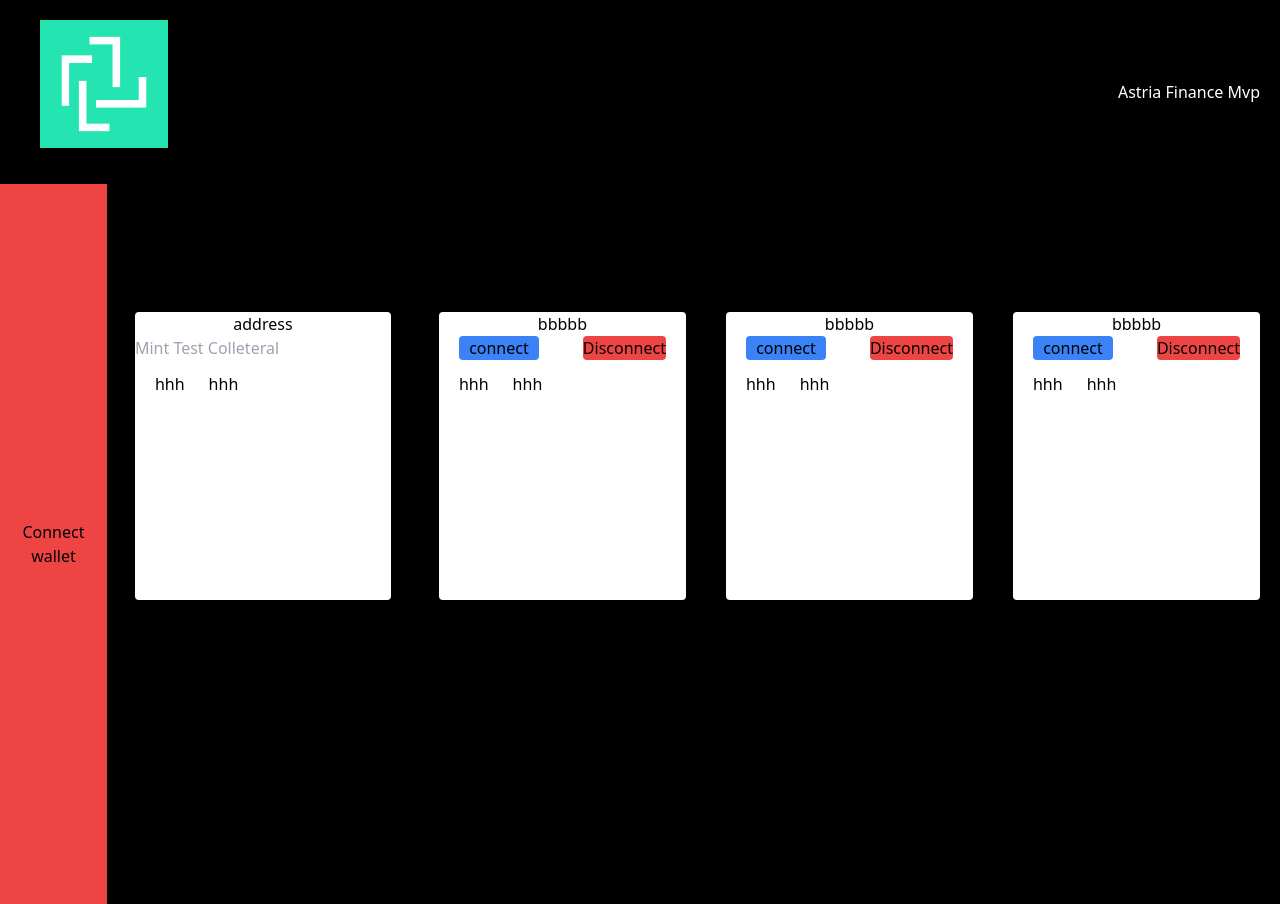
Repository: AstriaFinance/AstriaMvp
Page: /about
The author's editor kept a copy of each file at every save. The page is drawn from the files as they stood at one save, then again after the next save.
The browser window is 1280 px wide. The pictures show the whole page.
The project was rebuilt for these pictures with package versions that can differ from the ones it lists, and the page was loaded fresh each time. Also part of the build but not shown: src/components/About.jsx, src/components/Shop.jsx, src/components/ErrorPage.jsx.

Above is the page before, as saved 2022-06-21 16:18:08.

### src/App.js
import {Nav, Shop, About, ErrorPage, Home} from "./components"
import {BrowserRouter as Router,Routes, Route} from"react-router-dom"
function App() {
  return (

    <div>

      <Nav/>
      <Home/>
      </div>

  );
}

export default App;

### src/components/index.js
export{default as About} from "./About"
export{default as Nav} from "./Nav"
export{default as Shop} from "./Shop"
export {default as ErrorPage} from "./ErrorPage"
export{default as Home} from "./Home"

### src/components/Nav.jsx
import React from 'react'
import logo from "../static/astria2.jpg"
const Nav = () => {
  return (

        <nav className='bg-black flex justify-between '>
        <img src={logo} alt="" className='h-32 mt-5 mx-10' />
        <div className='text-white my-20 mx-5'>Astria Finance Mvp</div>





    </nav>



  )
}

export default Nav

### src/components/Home.jsx
import React from 'react'

const Home = () => {
  return (
<div className="bg-black flex overflow-x-auto h-screen ">
<button className='bg-red-500'>Connect wallet</button>
 <div className="bg-white h-72 w-64 rounded my-32 mx-7">

  <div className="container flex justify-center">address</div>
  <div className="flex justify-between">
    <input type="text" placeholder='Mint Test Colleteral' className='' />
    <button className="bg-blue-500 rounded mx-5 w-20 "></button>
  </div>
   <ul className="mx-5 my-3 flex gap-6">
     <li>hhh</li>
     <li>hhh</li>
   </ul>
 </div>

 <div className="bg-white h-72 w-64 rounded mx-5 my-32">

  <div class="container flex justify-center">bbbbb</div>
  <div className="flex justify-between">
  <button className="bg-blue-500 rounded mx-5 w-20 ">connect</button>
   <button className="bg-red-500 rounded mx-5">Disconnect</button>
  </div>
   <ul className="mx-5 my-3 flex gap-6">
     <li>hhh</li>
     <li>hhh</li>
   </ul>
 </div>
 <div className="bg-white h-72 w-64 rounded mx-5 my-32">

  <div className="container flex justify-center">bbbbb</div>
  <div className="flex justify-between">
  <button className="bg-blue-500 rounded mx-5 w-20 ">connect</button>
   <button className="bg-red-500 rounded mx-5">Disconnect</button>
  </div>
   <ul className="mx-5 my-3 flex gap-6">
     <li>hhh</li>
     <li>hhh</li>
   </ul>
 </div>

 <div className="bg-white h-72 w-64 rounded mx-5 my-32">

  <div className="container flex justify-center">bbbbb</div>
  <div className="flex justify-between">
  <button className="bg-blue-500 rounded mx-5 w-20 ">connect</button>
   <button className="bg-red-500 rounded mx-5">Disconnect</button>
  </div>
   <ul className="mx-5 my-3 flex gap-6">
     <li>hhh</li>
     <li>hhh</li>
   </ul>
 </div>



 </div>
  )
}

export default Home

Loaded but not shown: public/index.html (common file); src/index.js (common file); src/index.css (common file); src/reportWebVitals.js (common file); tailwind.config.js (common file)

After the next save:
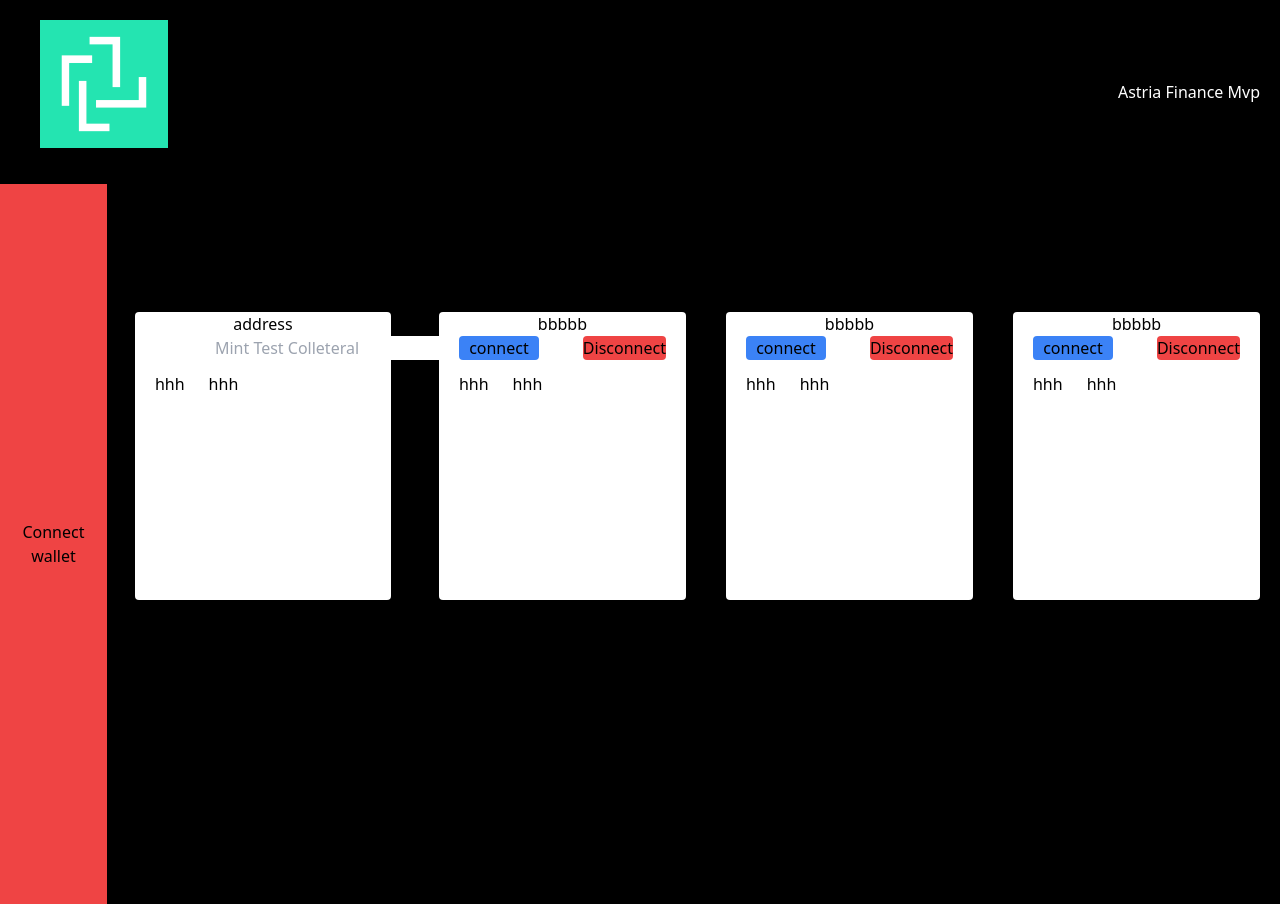
Saved 95 s later.
--- a/src/components/Home.jsx
+++ b/src/components/Home.jsx
@@ -8,8 +8,8 @@ const Home = () => {
 
   <div className="container flex justify-center">address</div>
   <div className="flex justify-between">
-    <input type="text" placeholder='Mint Test Colleteral' className='' />
-    <button className="bg-blue-500 rounded mx-5 w-20 "></button>
+    <input type="text" placeholder='Mint Test Colleteral' className='mx-20' />
+    <button className="bg-blue-500 rounded mx-5 w-20 ">connect</button>
   </div>
    <ul className="mx-5 my-3 flex gap-6">
      <li>hhh</li>
